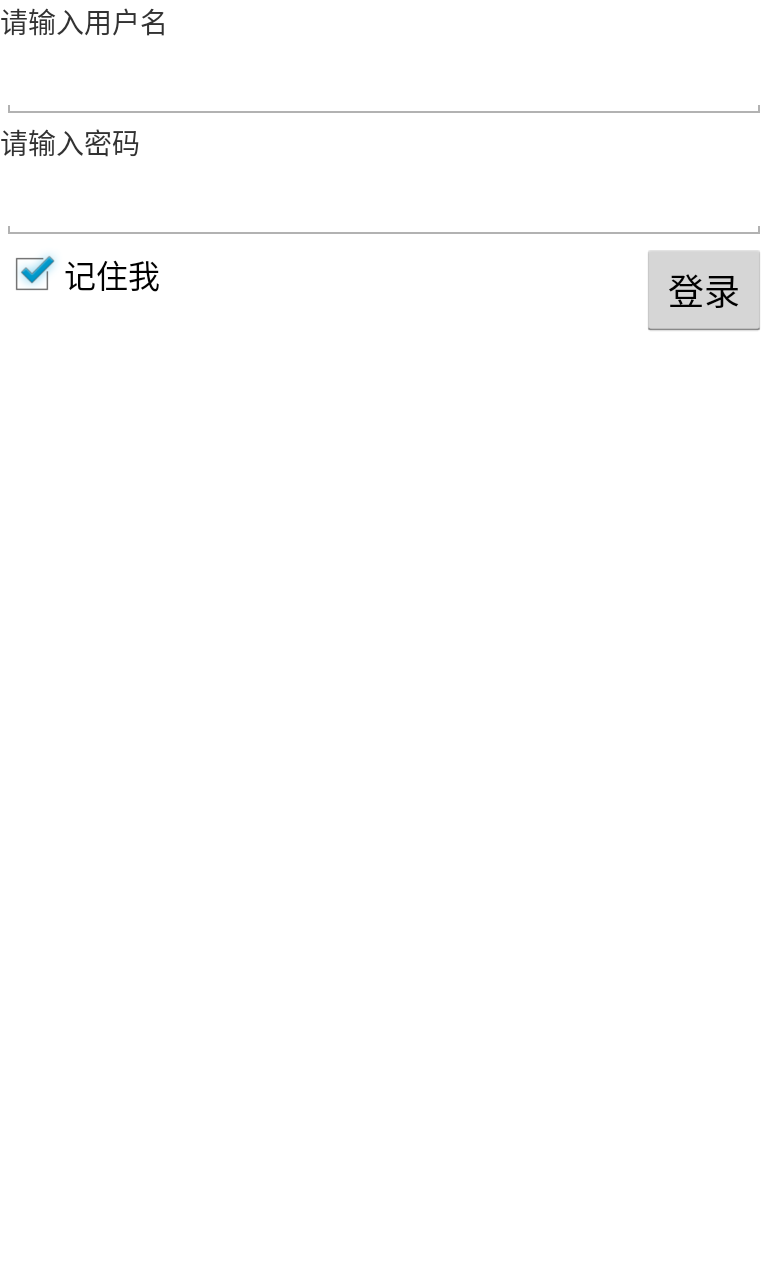
Repository: DongHuaLu/android
Layout: 11SharedPreference/res/layout/activity_main.xml
The author's editor kept a copy of each file at every save. The layout is drawn from the files as they stood at one save, then again after the next save.
It is drawn on a 768 x 1280 px phone screen (xhdpi) without system bars, with theme AppTheme; the app's code is not run.

Above is the layout before, as saved 2013-08-21 01:11:17.

After the next save:
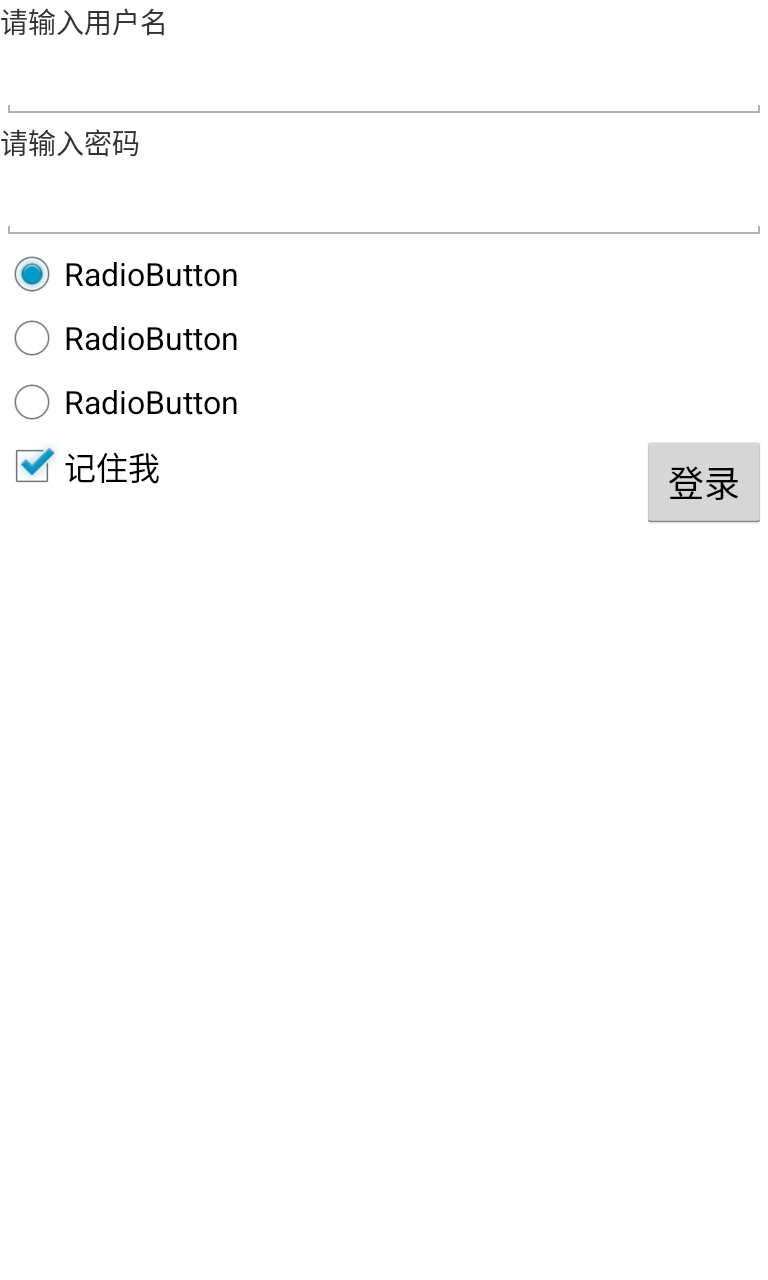
Saved 2 min 30 s later.
--- a/11SharedPreference/res/layout/activity_main.xml
+++ b/11SharedPreference/res/layout/activity_main.xml
@@ -27,6 +27,32 @@
         android:layout_height="wrap_content"
         android:inputType="textPassword" />
 
+
+        <RadioGroup
+        android:id="@+id/radioGroup1"
+        android:layout_width="wrap_content"
+        android:layout_height="wrap_content" >
+
+        <RadioButton
+            android:id="@+id/radio0"
+            android:layout_width="wrap_content"
+            android:layout_height="wrap_content"
+            android:checked="true"
+            android:text="RadioButton" />
+
+        <RadioButton
+            android:id="@+id/radio1"
+            android:layout_width="wrap_content"
+            android:layout_height="wrap_content"
+            android:text="RadioButton" />
+
+        <RadioButton
+            android:id="@+id/radio2"
+            android:layout_width="wrap_content"
+            android:layout_height="wrap_content"
+            android:text="RadioButton" />
+    </RadioGroup>
+
     <RelativeLayout
         android:layout_width="match_parent"
         android:layout_height="wrap_content" >
@@ -46,4 +72,6 @@
             android:text="登录" />
     </RelativeLayout>
 
+
+
 </LinearLayout>
